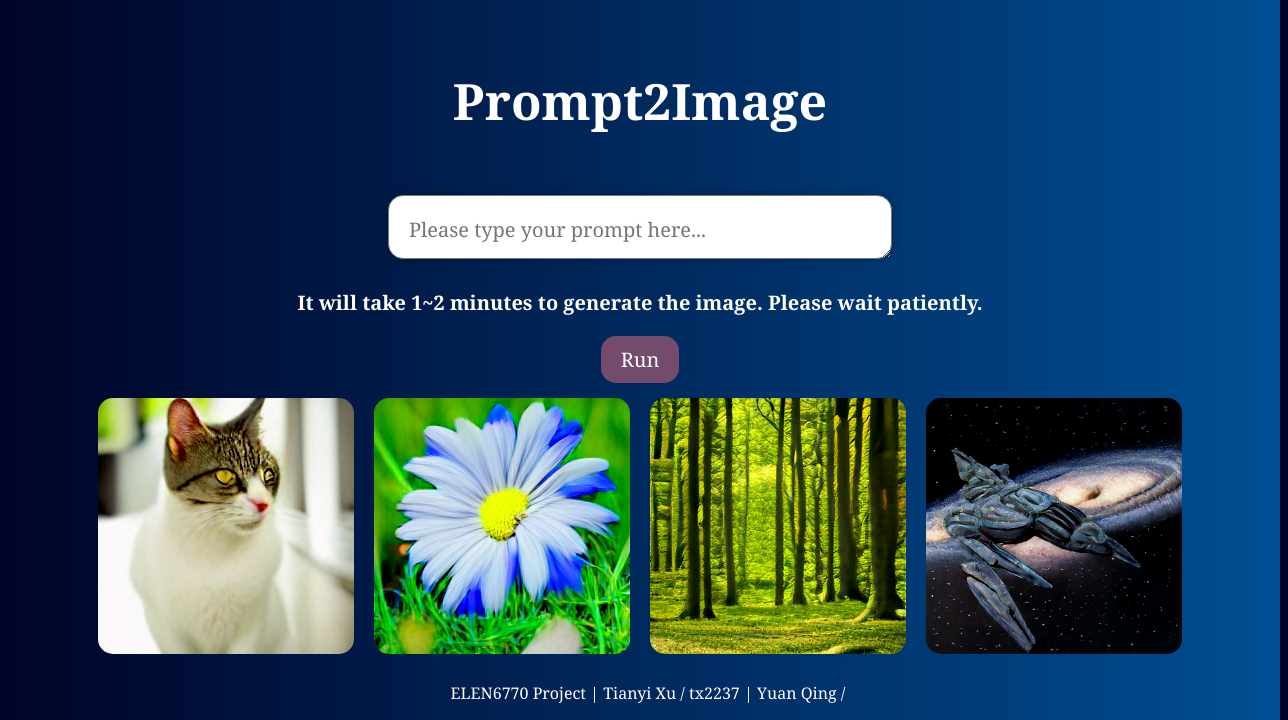
Repository: XTTTZ/Prompt2Image
Page: main4.html
An editor plug-in stored every save of this project. The page is shown before and after the next save, followed by the edit.
The browser window is 1280 px wide. The page is 1288 px wide, so the pictures cover 1288 px, including what lies to the right of the window. The pictures show the whole page.
The page's requests for data from a server got no answer.

Above is the page before, as saved 2023-12-01 00:31:50.

After the next save:
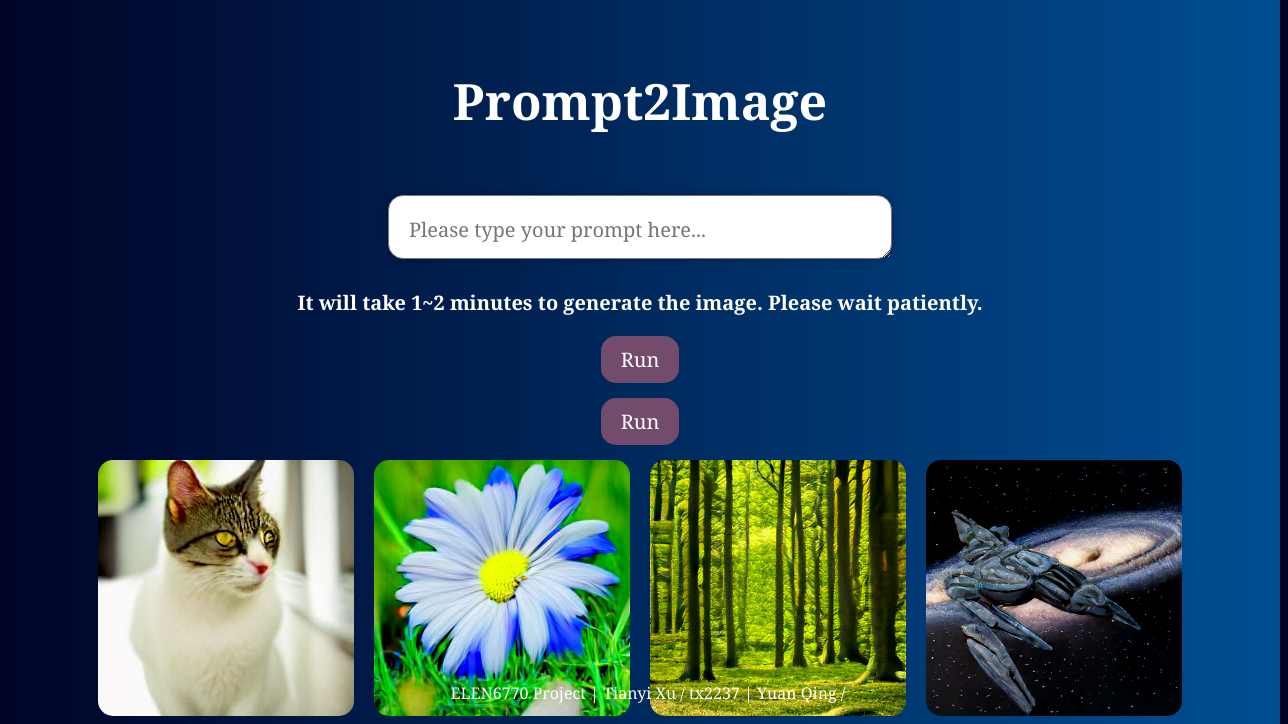
Saved 30 s later.
--- a/main4.html
+++ b/main4.html
@@ -111,6 +111,10 @@
         <label id="timeValue"></label>
     </form>
     <!-- Display generated images -->
+    <form id="generateForm" style="gap: 15px;">
+        <button type="button" onclick="performSearch()">Run</button>
+        <label id="timeValue"></label>
+    </form>
     <form id="exampleForm" style="flex-direction: row;gap:20px">
         <img src="/static/cute cat.png" title="cute cat">
         <img src="/static/flower on grass.png" title="flower on grass">

After the save that followed:
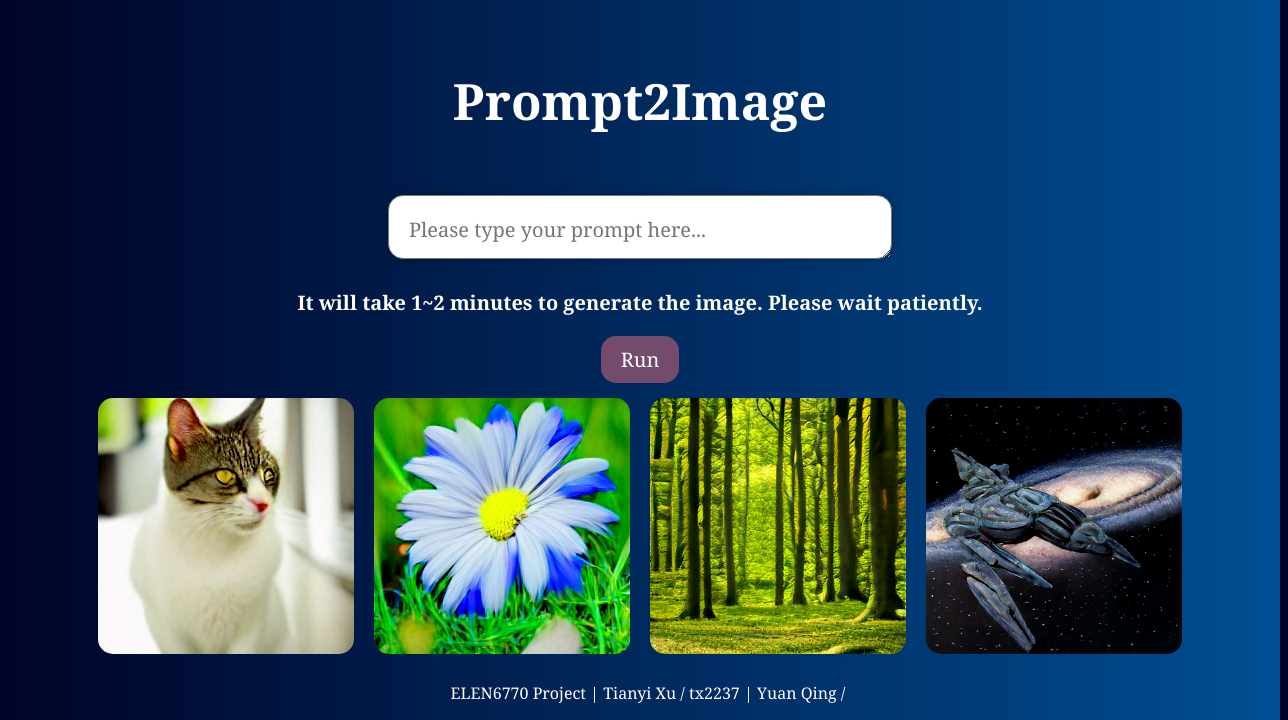
Saved 49 s later.
--- a/main4.html
+++ b/main4.html
@@ -111,10 +111,7 @@
         <label id="timeValue"></label>
     </form>
     <!-- Display generated images -->
-    <form id="generateForm" style="gap: 15px;">
-        <button type="button" onclick="performSearch()">Run</button>
-        <label id="timeValue"></label>
-    </form>
+    <label></label>
     <form id="exampleForm" style="flex-direction: row;gap:20px">
         <img src="/static/cute cat.png" title="cute cat">
         <img src="/static/flower on grass.png" title="flower on grass">
